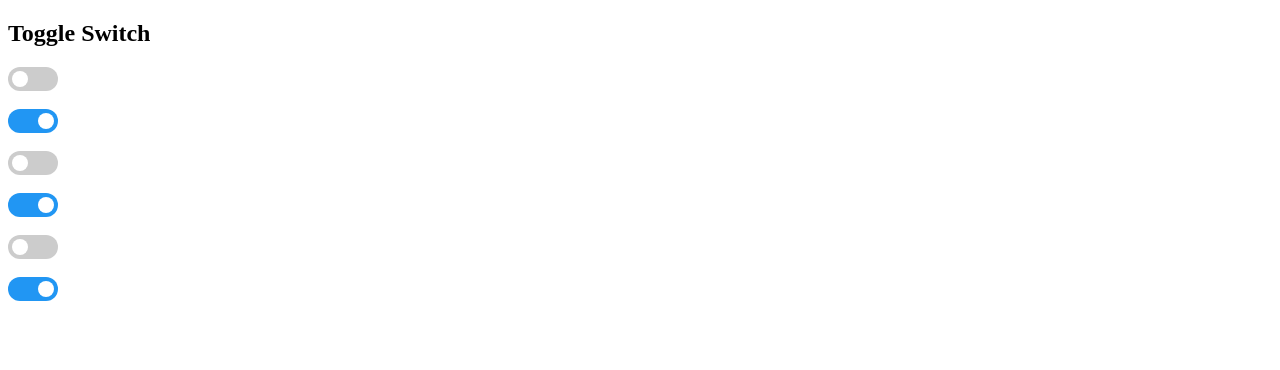
Repository: poornasyamasundar/Software-Project-Manager
Page: Resources/toggle_switch.html
The author's editor kept a copy of each file at every save. The page is drawn from the files as they stood at one save, then again after the next save.
The browser window is 1280 px wide. The pictures show the whole page.

Above is the page before, as saved 2021-10-17 20:46:01.

After the next save:
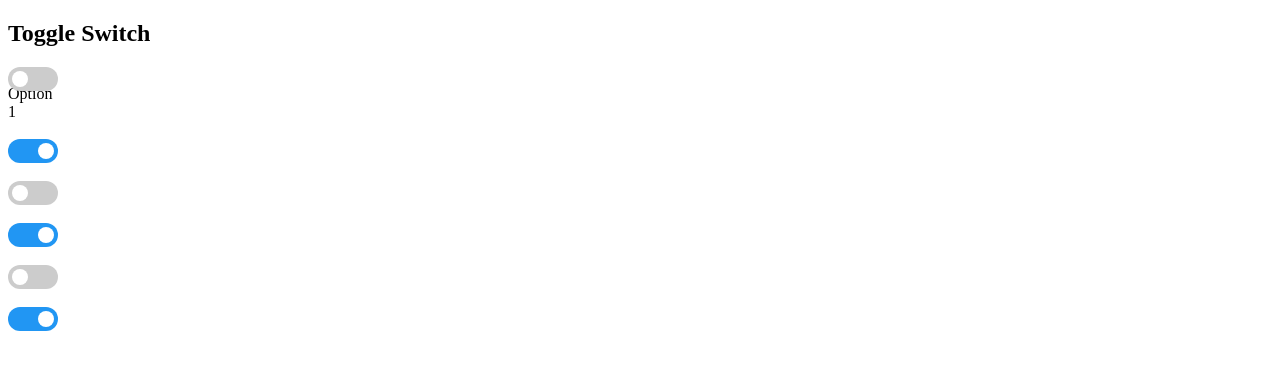
Saved 29 s later.
--- a/Resources/toggle_switch.html
+++ b/Resources/toggle_switch.html
@@ -90,7 +90,7 @@
 
 <label class="switch">
   <input type="checkbox">
-  <span class="slider round"></span>
+  <span class="slider round"></span>Option 1
 </label><br/>
 <br/>
 

After the save that followed:
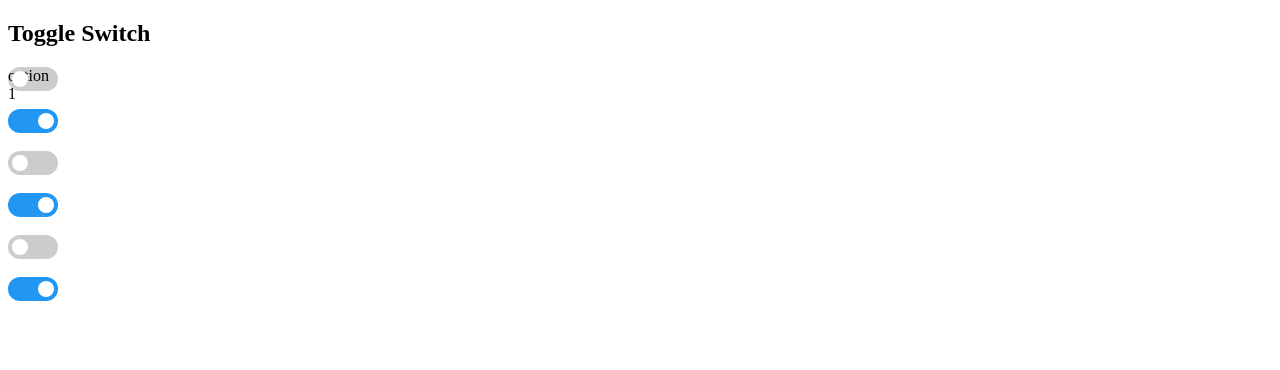
Saved 15 s later.
--- a/Resources/toggle_switch.html
+++ b/Resources/toggle_switch.html
@@ -90,7 +90,7 @@
 
 <label class="switch">
   <input type="checkbox">
-  <span class="slider round"></span>Option 1
+  <span class="slider round">option 1</span>
 </label><br/>
 <br/>
 
